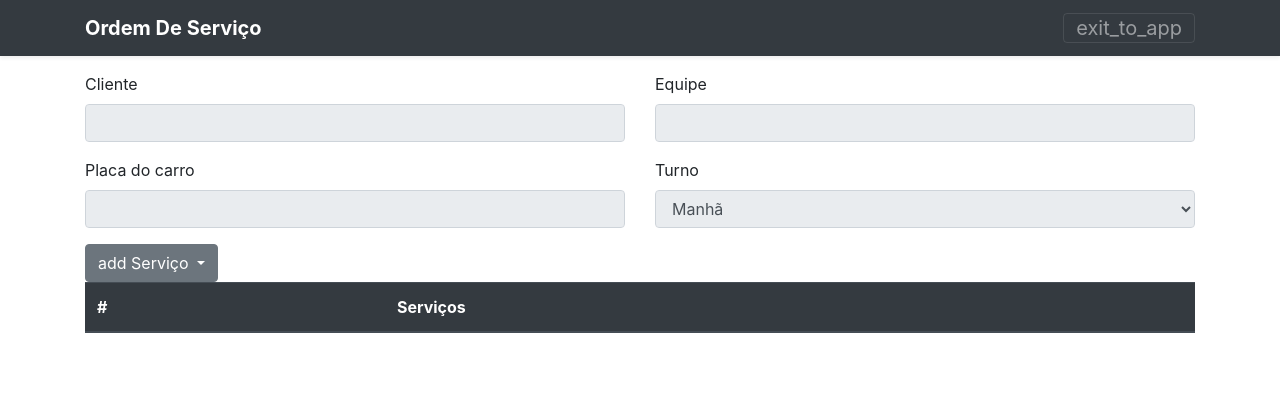
Repository: rodrigogermano/PGPARQ01C1.2N.P1.JAVA
Page: http://localhost/AppManutencaoMVC/WEB-INF/jsp/ordemdeservico/detalhe.jsp
The author's editor kept a copy of each file at every save. The page is drawn from the files as they stood at one save, then again after the next save.
The browser window is 1280 px wide. The pictures show the whole page.
The page is served by Tomcat 9. Nobody is signed in. The template is opened directly, without the code that normally fills it, so the values that code supplies are empty.

Above is the page before, as saved 2020-04-12 02:56:45.

After the next save:
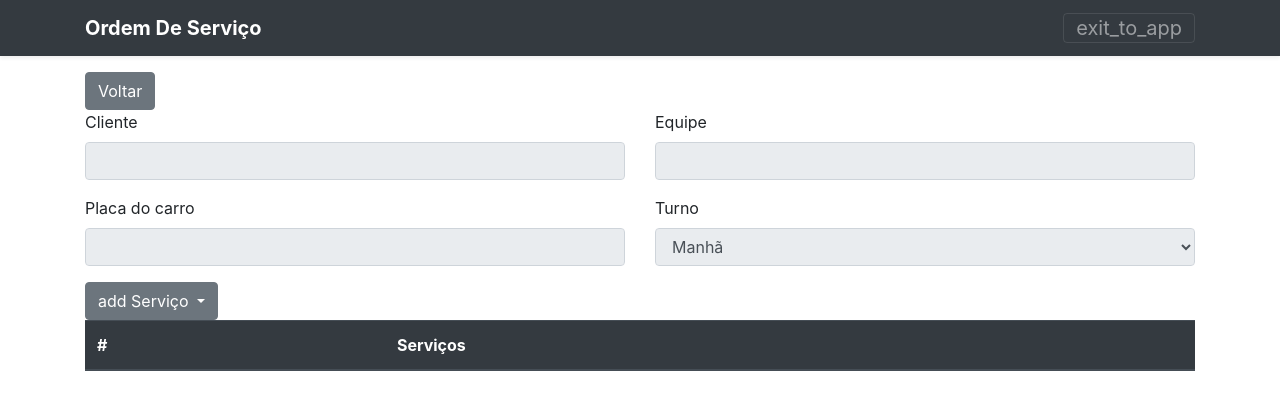
Saved 6 min 30 s later.
--- a/AppManutencaoMVC/AppManutencaoMVC/src/main/webapp/WEB-INF/jsp/ordemdeservico/detalhe.jsp
+++ b/AppManutencaoMVC/AppManutencaoMVC/src/main/webapp/WEB-INF/jsp/ordemdeservico/detalhe.jsp
@@ -7,6 +7,18 @@
 <jsp:include page='../master/menu.jsp'></jsp:include>
 
 <div class="container mt-3">
+
+	<div class="row">
+		<div class="col-12">
+			<div class="btn-toolbar" role="toolbar" aria-label="Toolbar with button groups">
+				<a href="/home">
+					<div class="btn-group" role="group" aria-label="Third group">
+				    	<button type="button" class="btn btn-secondary">Voltar</button>
+				  	</div>
+			  	</a>
+			</div>
+		</div>
+	</div>
 
 	<div class="row">
 		<div class="col-6">
@@ -75,10 +87,5 @@
 	</table>
 
 
-
-
-
-
-
 </div>
 <jsp:include page='../master/footer.jsp'></jsp:include>
